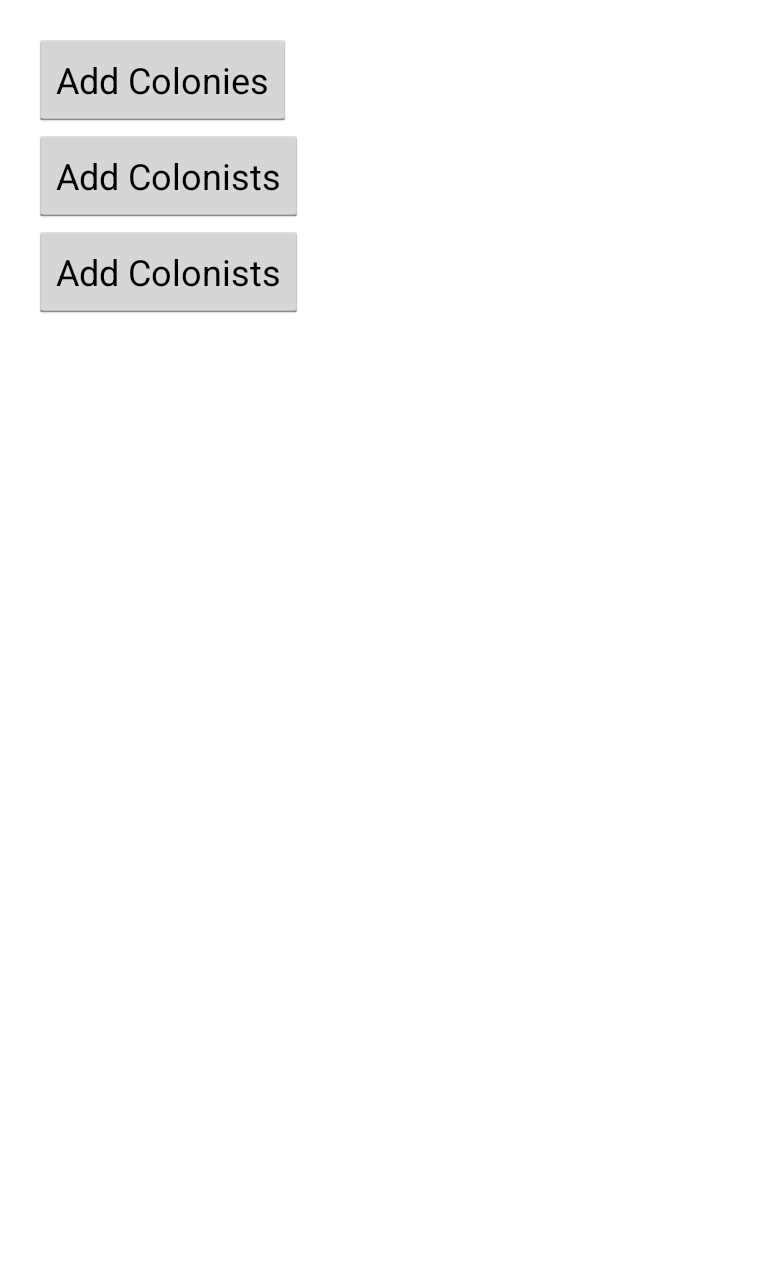
Repository: blender-head/android_basic
Layout: Hello_World/res/layout/activity_config_planet.xml
These files come from the project's save history. The layout is drawn as it stood at one moment and after the next save; the edit follows.
It is drawn on a 768 x 1280 px phone screen (xhdpi) without system bars, with theme AppTheme; the app's code is not run.

Above is the layout before, as saved 2013-12-31 17:28:54.

After the next save:
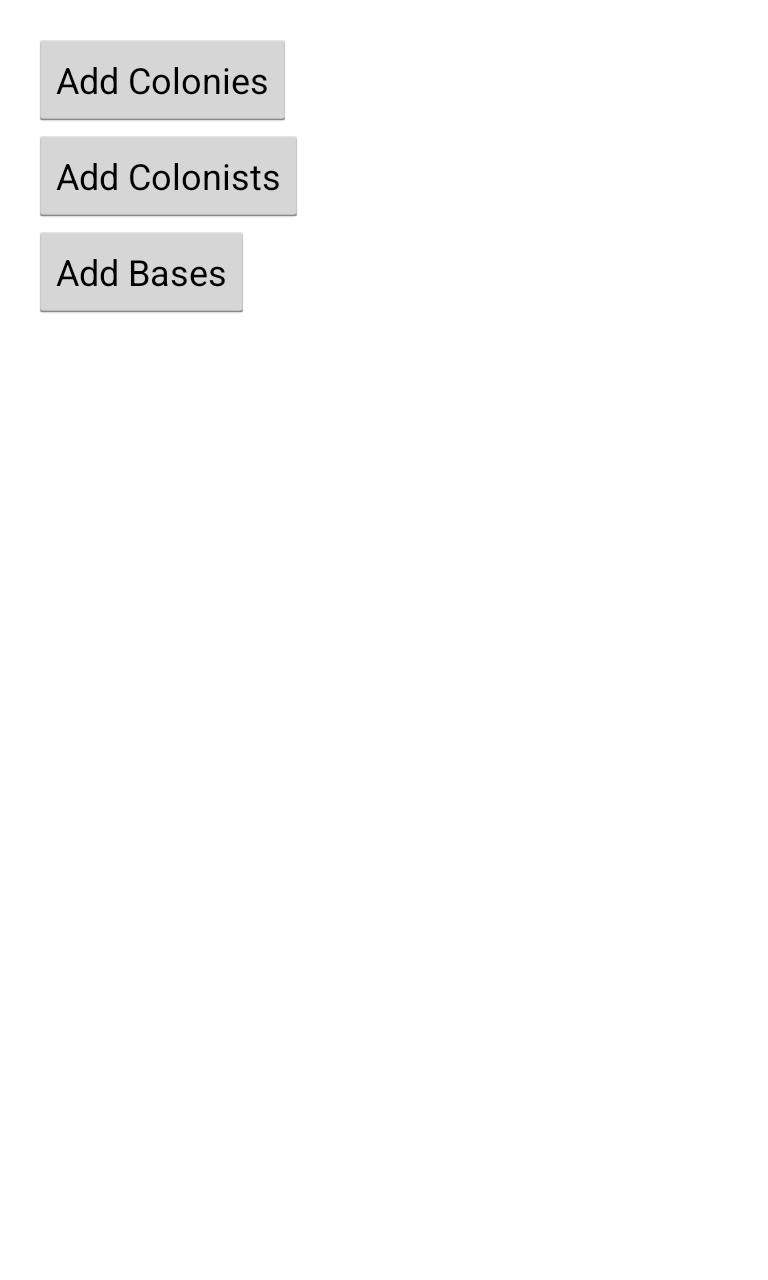
Saved 8 s later.
--- a/Hello_World/res/layout/activity_config_planet.xml
+++ b/Hello_World/res/layout/activity_config_planet.xml
@@ -25,6 +25,6 @@
         android:id="@+id/basesButton"
 		android:layout_width="wrap_content"
 		android:layout_height="wrap_content"
-		android:text="@string/button_name_colonists" />
+		android:text="@string/button_name_bases" />
 
 </LinearLayout>
